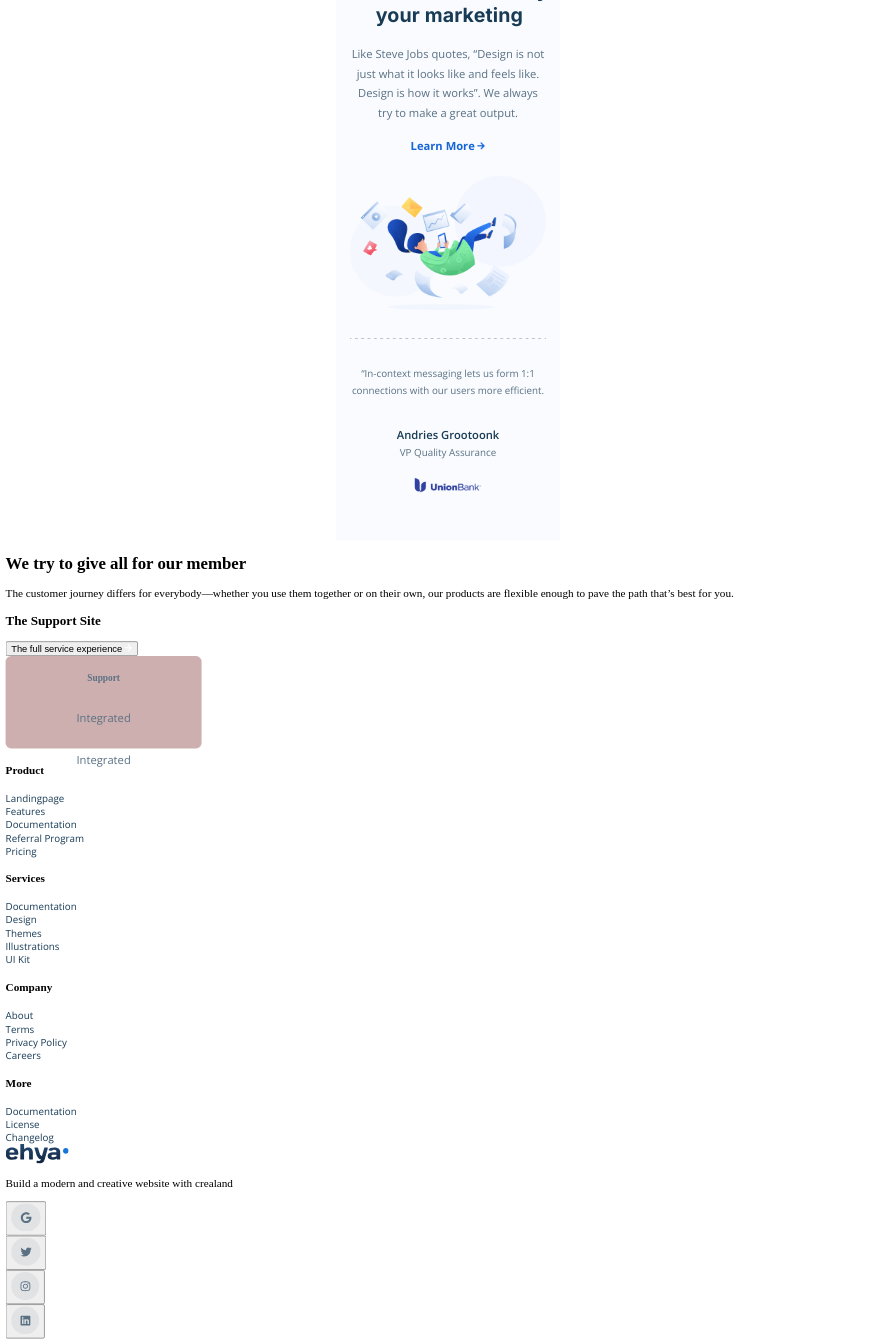
Repository: umlaufissss/provaFront
Page: HTML/index.html
The author's editor kept a copy of each file at every save. The page is drawn from the files as they stood at one save, then again after the next save.
The browser window is 1280 px wide. The pictures show the part of the page from y = 1743 to 3663 px (the page is 3663 px tall), at 70% of full size.
Some web fonts or font styles are not loaded; a fallback is used.

Above is the page before, as saved 2026-06-22 19:36:08.

After the next save:
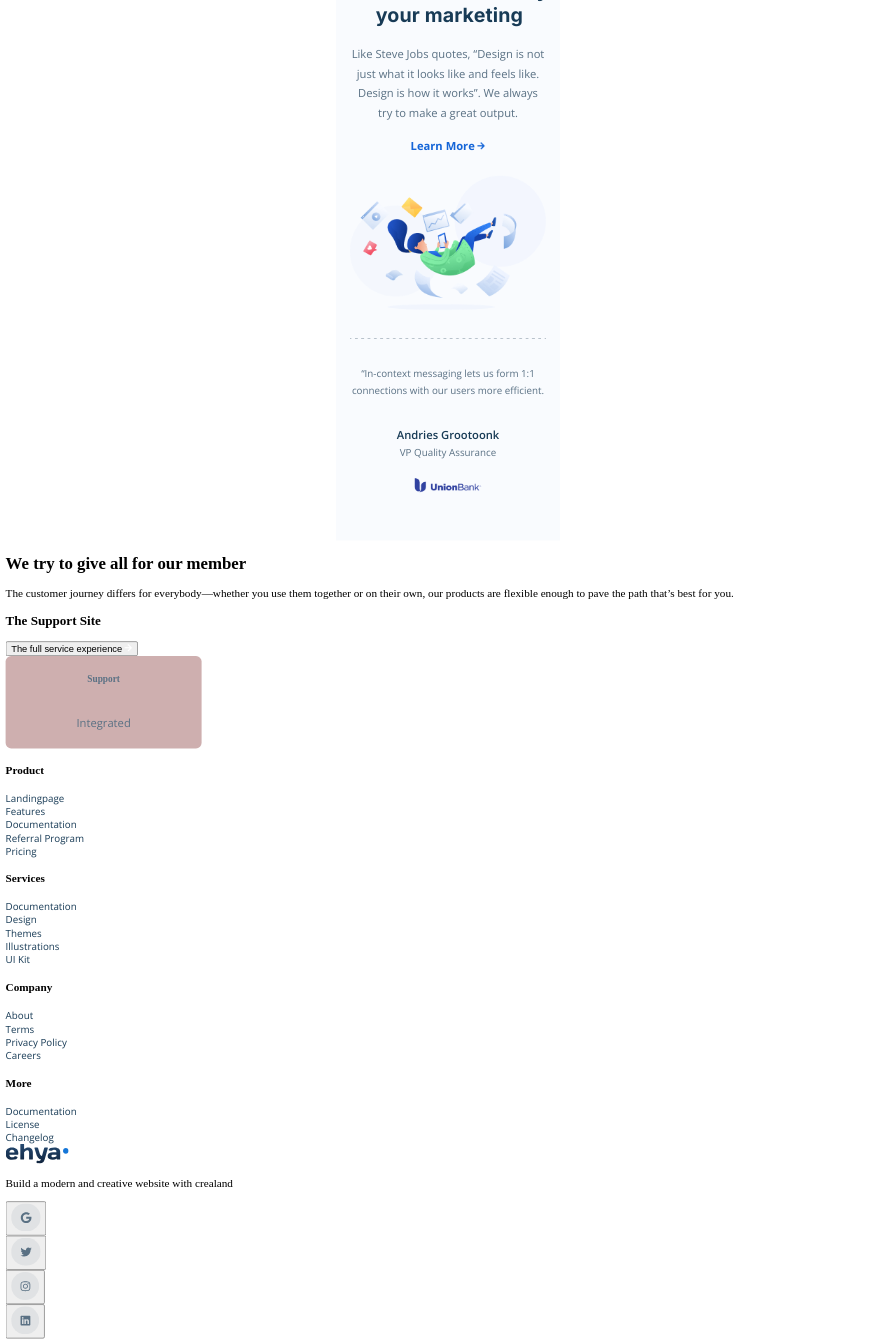
Saved 3 s later.
--- a/HTML/index.html
+++ b/HTML/index.html
@@ -164,7 +164,6 @@
                 <article class="card">
                     <h5>Support</h5>
                     <p>Integrated</p>
-                    <p>Integrated</p>
                 </article>
                 <article></article>
                 <article></article>
